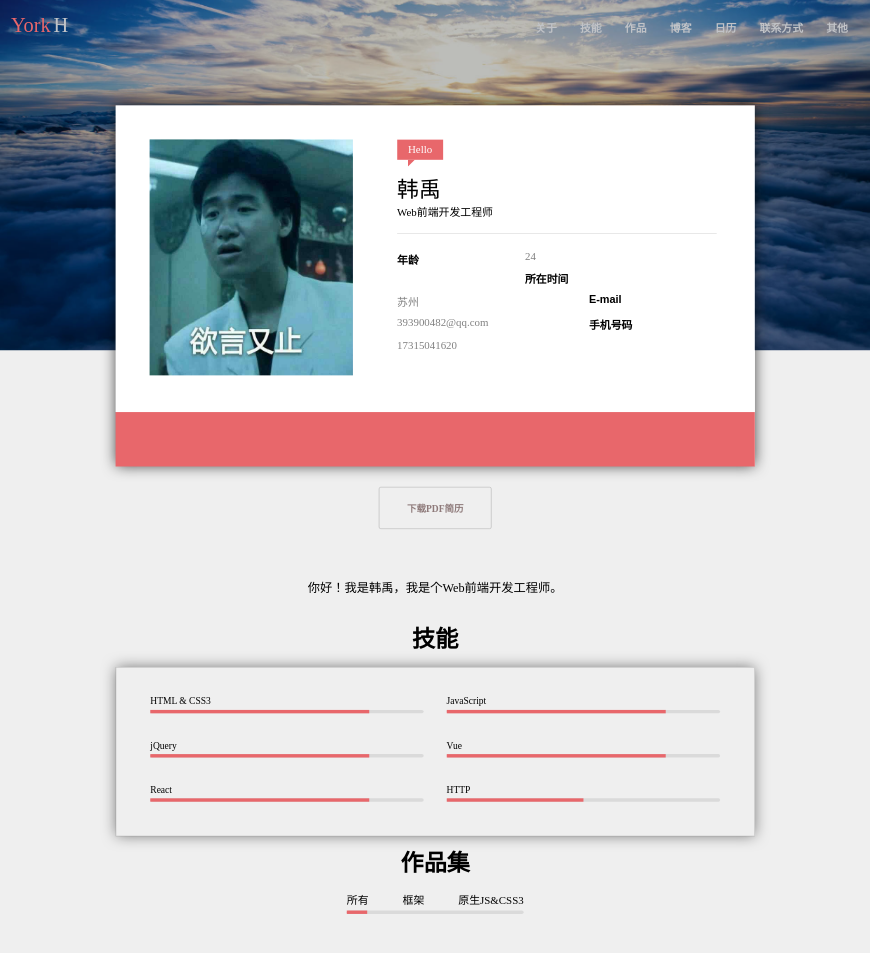
Repository: yorkHan/resume
Page: index.html
These files come from the project's save history. The page is drawn as it stood at one moment and after a run of saves; the edit follows.
The browser window is 1280 px wide. The pictures show the whole page, at 68% of full size.

Above is the page before, as saved 2018-04-10 14:00:34.

### index.html
<!DOCTYPE html>
<html lang="en">
<head>
    <meta charset="UTF-8">
    <meta name="viewport" content="width=device-width, initial-scale=1.0">
    <meta http-equiv="X-UA-Compatible" content="ie=edge">
    <title>Document</title>
    <link rel="stylesheet" href="./1.css">
    <script src="//at.alicdn.com/t/font_621912_9r2kl0u76xzb0529.js"></script>
    <style type="text/css">
        .icon {
           width: 1em; height: 1em;
           vertical-align: -0.15em;
           fill: currentColor;
           overflow: hidden;
        }
    </style>
</head>
<body>
    <div class="topNavBar clearfix">
        <div class="topNavBar-inner clearfix">
            <a class="logo" href="#" alt="logo" style="float:left;">
                <span class="rs">York</span><span class="card">H</span>
            </a>
            <nav>
                <ul class="clearfix" style="float: right;">
                    <li><a href="#">关于</a></li>
                    <li><a href="#">技能</a></li>
                    <li><a href="#">作品</a></li>
                    <li><a href="#">博客</a></li>
                    <li><a href="#">日历</a></li>
                    <li><a href="#">联系方式</a></li>
                    <li><a href="#">其他</a></li>
                </ul>
            </nav>
        </div>
    </div>
    <div class="banner" style="background-image: url(./images/3.jpg)">
        <div class="mask"></div>
    </div>
    <main>
        <div class="usercard">
            <div class="textAndPicture clearfix">
                <div class="pic">
                    <img src="./images/avatar.png" style="width:299px;height:347px" alt="头像">
                </div>
                <div class="text">
                    <div class="profile">
                    <span class="welcome">Hello
                        <span class="triangle"></span>
                    </span>
                    <h1>韩禹</h1>
                    <p>Web前端开发工程师</p>
                    <hr>
                    <dl>
                        <dt>年龄</dt>
                        <dd>24</dd>
                        <dt>所在时间</dt>
                        <dd>苏州</dd>
                        <dt>E-mail</dt>
                        <dd>393900482@qq.com</dd>
                        <dt>手机号码</dt>
                        <dd>17315041620</dd>
                    </dl>
                </div>
                </div>
            </div>
            <footer class="media">
                <a href="#">
                    <svg class="icon" aria-hidden="true">
                        <use xlink:href="#icon-github"></use>
                    </svg>
                </a>
                <a href="#">
                    <svg class="icon" aria-hidden="true">
                        <use xlink:href="#icon-dianhua"></use>
                    </svg>
                </a>
                <a href="#">
                    <svg class="icon" aria-hidden="true">
                        <use xlink:href="#icon-youjian"></use>
                    </svg>
                </a>
                <a href="#">
                    <svg class="icon" aria-hidden="true">
                        <use xlink:href="#icon-hexo"></use>
                    </svg>
                </a>
                <a href="#">
                    <svg class="icon" aria-hidden="true">
                        <use xlink:href="#icon-msnui-logo-qq"></use>
                     </svg>
                </a>
                <a href="#">
                    <svg class="icon" aria-hidden="true">
                        <use xlink:href="#icon-gongzhonghao"></use>
                    </svg>
                </a>
                <a href="#">
                    <svg class="icon" aria-hidden="true">
                        <use xlink:href="#icon-weibo"></use>
                    </svg>
                </a>
            </footer>
        </div>
        <p style="text-align: center;">
            <a class="downloadResume" href="./resume.pdf" target="_blank" download>下载PDF简历</a>
        </p>
        <p class="selfIntroduction">
            你好！我是韩禹，我是个Web前端开发工程师。
        </p>
    </main>
    <section class="skills">
        <h2>技能</h2>
        <ol class="clearfix">
            <li>
                <h3>HTML &amp; CSS3</h3>
                <div class="progressBar">
                    <div class="progress" style="width:80%">
                    </div>
                </div>
            </li>
            <li>
                <h3>JavaScript</h3>
                <div class="progressBar">
                        <div class="progress" style="width:80%">
                        </div>
                    </div>
            </li>
            <li>
                <h3>jQuery</h3>
                <div class="progressBar">
                    <div class="progress"style="width:80%">
                    </div>
                </div>
            </li>
            <li>
                <h3> Vue</h3>
                <div class="progressBar">
                    <div class="progress" style="width:80%">
                    </div>
                </div>
            </li>
            <li>
                <h3>React</h3>
                <div class="progressBar">
                    <div class="progress"style="width:80%">
                    </div>
                </div>
            </li>
            <li>
                <h3> HTTP</h3>
                <div class="progressBar">
                    <div class="progress"style="width:50%">
                    </div>
                </div>
            </li>
        </ol>
    </section>
    <section  class="portfolio">
        <h2>作品集</h2>
        <nav>
            <ol class="clearfix">
                <li id="portfolioAll">所有</li>
                <li id="portfolioFramework">框架</li>
                <li id="portfolioValina">原生JS&amp;CSS3</li>
            </ol>
            <div id="bar" class="bar state-1">
                <div class="barInner"></div>
            </div>
        </nav>
        <div class="jobs">
            <div class="big"><img src="./" alt=""></div>
            <div class='small'></div>
            <div class="small"></div>
        </div>
    </section>
    <script>
        portfolioAll.onclick=function(){
            bar.className=("bar state-1");
        }
        portfolioFramework.onclick=function(){
            bar.className=("bar state-2");
        }
        portfolioValina.onclick=function(){
            bar.className=("bar state-3");
        }
    </script>
</body>
</html>

### 1.css
body{
    background-color: #EFEFEF;
    margin: 0;
}
*{
    margin: 0;
    padding: 0;
}
h1,h2,h3,h4,h5,h6{
    font-weight: normal;
}
a{
    color: inherit;
    text-decoration: none;
}
.clearfix::after{
    content: '';
    display: block;
    clear: both;
}
.topNavBar{
    padding: 20px 0px 20px 0px;
    position: fixed;
    top:0;
    left:0;
    width:100%;
}
.topNavBar-inner{
    padding: 0 16px;
}
.topNavBar nav>ul{
    list-style: none;
    margin: 0;
    padding: 0;
}
.topNavBar nav>ul>li{
    float: left;

}
.topNavBar nav>ul>li>a{
    display: block;
    font-size: 16px;
    font-weight: bold;
    color:#c1c3c7;
    margin-left: 17px;
    margin-right: 17px;
    padding-top: 5px;
    padding-bottom: 5px;
    border-top:3px solid transparent;
    border-bottom:3px solid transparent;
}
.topNavBar nav>ul>li>a:hover{
    border-bottom:3px solid #E8676B;
}
.topNavBar .logo{
    font-family: "Arial Rounded MT Bold";
    font-size: 30px;
}
.topNavBar .logo .rs{
    margin-right: 4px;
    color:#E8676B;
}
.topNavBar .logo .card {
    color:#c1c3c7;
}
.banner{
    height: 515px;
    background-position: center center;
    background-size:cover;
}
.banner .mask{
    height: 515px;
    background-color: rgba(0, 0, 0, 0.26);
}
.usercard{
    max-width: 940px;
    margin-left: auto;
    margin-right: auto;
    margin-top: -360px;
    box-shadow: 0px 0px 20px 0px rgba(0,0,0,0.75);
}
.text .welcome{
    padding: 4px 16px;
    line-height: 22px;
    display: inline-block;
    background-color: #E8676B;
    color: white;
    position: relative;
}
.text h1{
    margin-top:18px;
    font-family: sans-serif;
}
hr{
    height: 0;
    border:none;
    border-top: 1px solid #DEDEDE;
}

.triangle{
    display: block;
    border: 10px solid transparent;
    width: 0;
    border-left-color:#E8676B;
    border-top:0;
    position: absolute;
    top:100%;
}
.usercard .pic{
    float: left;
}
.usercard .text{
    float: left;
    margin-left: 65px;
    width: 470px;
}
.usercard .text hr{
    margin: 20px 0px;
}
.usercard footer.media {
    background: #E8676B;
    padding: 20px;
    text-align: center;
}
.usercard footer.media>a {
    display: inline-block;
    border-radius: 50%;
    width: 40px;
    line-height: 20px;
    padding: 10px 0;
    margin: 0 20px;
}
.usercard footer.media>a:hover{
    background: rgb(223, 51, 56);
}
.usercard svg{
    width: 20px;
    height: 20px;
    fill: white;
    vertical-align: top;
}
.textAndPicture{
    background-color: #FFF;
    padding: 50px;
}
.usercard dl dt{
    float: left;
    width: 40%;
    padding: 5px 0;
    font-weight: bold;
    font-family: sans-serif;
}
.usercard dl dd{
    float: left;
    width: 60%;
    padding: 5px 0;
    color: gray;
}
body>main .downloadResume{
    display: inline-block;
    border: 1px solid rgba(128, 128, 128, 0.438);
    padding: 20px 40px;
    margin: 30px 0;
    border-radius: 3px;
    color: rgba(71, 37, 37, 0.575);
    font-size: 14px;
    font-weight: bold;
    transition: box-shadow 0.2s;
}
body>main .downloadResume:hover{
    box-shadow: 0px 5px 10px -1px rgba(0,0,0,0.5);}
.selfIntroduction{
    max-width: 940px;
    margin: 40px auto;
    text-align: center;
    font-family: WenQuanYi Micro Hei Mono;
    line-height: 1.8;
    font-size: 18px;
}
section.skills{
    max-width: 940px;
    margin-left: auto;
    margin-right: auto;
}
section.portfolio>h2,
section.skills>h2{
    font-size:34px;
    line-height: 1.2;
    font-weight:600;
    text-align: center;
    margin: 20px 0px;
}
section.skills h3{
    font-size: 14px;
}
section.skills>ol{
    box-shadow: 0px 0px 20px 0px rgba(0, 0, 0, 0.514);
    list-style: none;
    border: 1px solid rgba(128, 128, 128, 0.397);
    padding: 42px 50px 10px 50px;
}
section.skills>ol>li{
    float: left;
    width: 48%;
    box-sizing: border-box;
}
section.skills>ol>li:nth-child(even){
    float: right;
}
section.skills .progressBar{
    height: 5px;
    background-color: rgba(128, 128, 128, 0.192);
    border-radius: 3px;
    margin: 4px 0 40px 0;
}
section.skills .progressBar .progress{
    height: 100%;
    width: 50%;
    background-color: #E8676B;
}
section.portfolio{
    max-width: 940px;
    margin-left: auto;
    margin-right: auto;
    text-align: center;

}
section.portfolio ol>li{
    float: left;
    margin-right: 50px;
    cursor: pointer;
}
section.portfolio ol>li:last-child{
    margin-right: 0px;
}
section.portfolio>nav{
    display:inline-block;
}
section.portfolio ol{
    display: inline-block;
    vertical-align: top;
    list-style: none;
}
section.portfolio>nav .bar{
    height: 5px;
    background-color: rgba(128, 128, 128, 0.192);
    border-radius: 3px;
    margin: 4px 0 40px 0;
}
section.portfolio>nav .bar .barInner{
    height: 100%;
    background-color: #E8676B;
    transition: all 1s;
}
section.portfolio>nav .bar.state-1 .barInner{
    width: 30px;
    margin-left: 0;
}
section.portfolio>nav .bar.state-2 .barInner{
    width: 50px;
    margin-left: 75px;
}
section.portfolio>nav .bar.state-3 .barInner{
    width: 95px;
    margin-left: 165px;
}

After the next 5 saves:
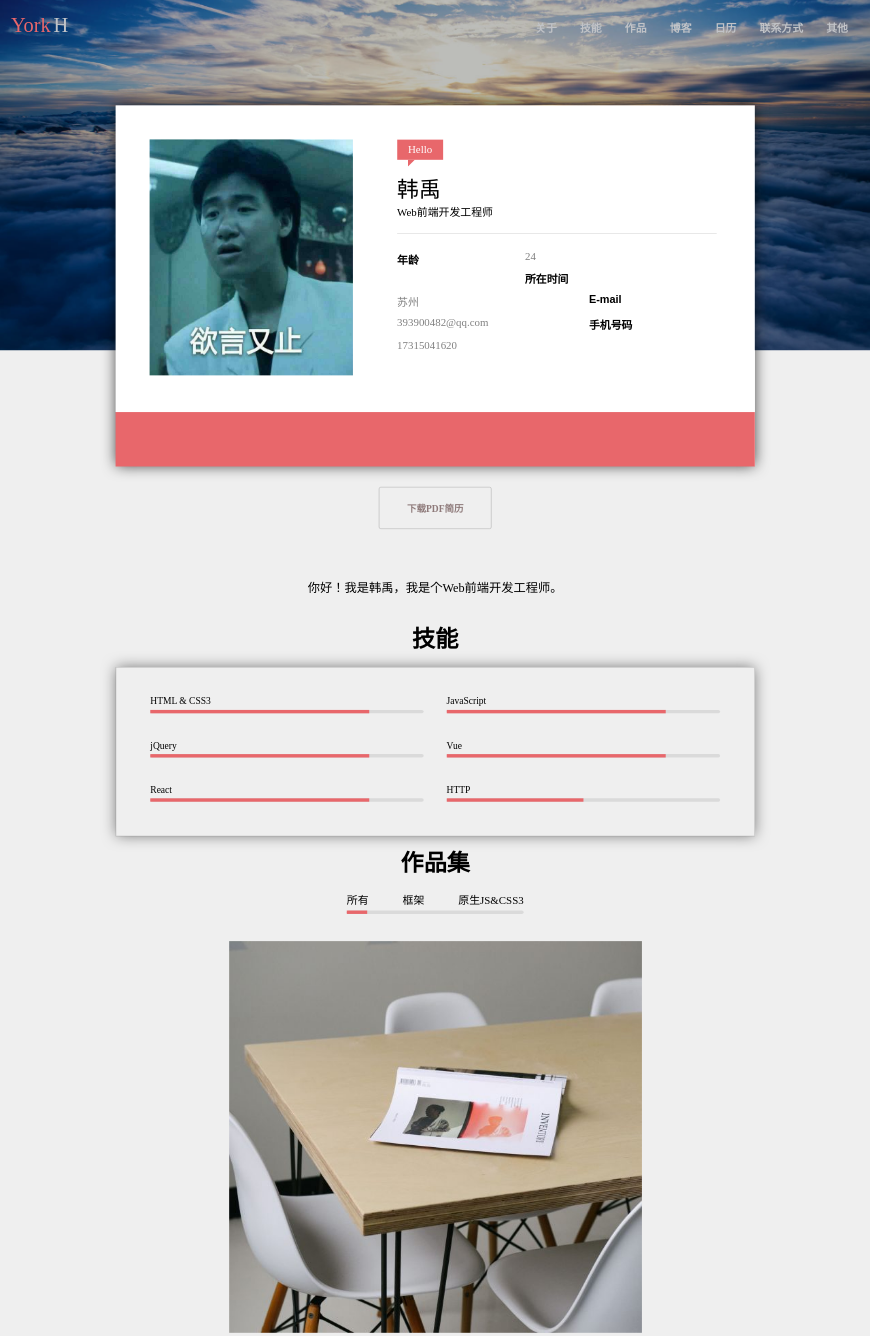
The 5 saves are shown as one change because they came seconds apart.
The last was saved 13 s later.
--- a/index.html
+++ b/index.html
@@ -170,7 +170,7 @@
             </div>
         </nav>
         <div class="jobs">
-            <div class="big"><img src="./" alt=""></div>
+            <div class="big"><img src="./images/big.jpg" alt=""></div>
             <div class='small'></div>
             <div class="small"></div>
         </div>
